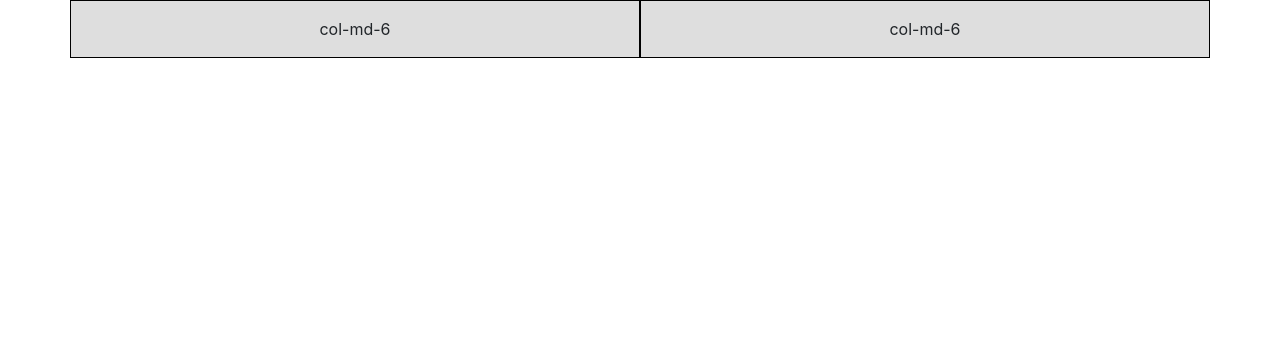
Repository: Masakazu6221/masakazu-dialog
Page: images_kitchen/bootstrap_lesson.html
The author's editor kept a record of every edit. The page is drawn from the files as they stood at one moment, then again after the next edit.
The browser window is 1280 px wide. The pictures show the whole page.
Some web libraries are served in a nearby version.

Above is the page before.

After the next edit:
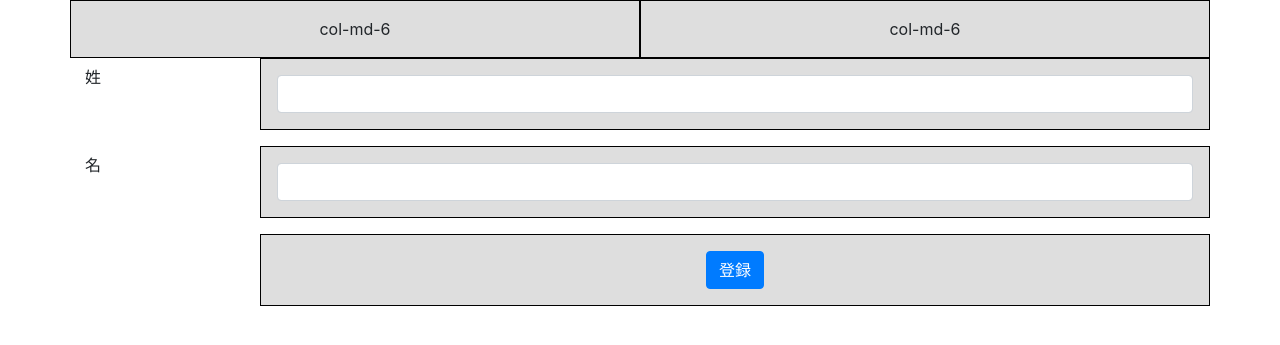
The edit:
--- a/images_kitchen/bootstrap_lesson.html
+++ b/images_kitchen/bootstrap_lesson.html
@@ -25,6 +25,30 @@
                 <div class="col-md-6">col-md-6</div>
                 <div class="col-md-6">col-md-6</div>
             </div>
+            <form>
+    <!-- 1行 -->
+                <div class="form-group row">
+                    <label class="col-2 col-form-label">姓</label>
+                    <div class="col-10">
+                        <input type="text" class="form-control" name="lastname">
+                    </div>
+                </div>
+
+                <!-- 1行 -->
+                <div class="form-group row">
+                    <label class="col-2 col-form-label">名</label>
+                    <div class="col-10">
+                        <input type="text" class="form-control" name="firstname">
+                    </div>
+                </div>
+
+                <!-- 1行 -->
+                <div class="form-group row">
+                    <div class="offset-2 col-10">
+                        <button type="submit" class="btn btn-primary">登録</button>
+                    </div>
+                </div>
+            </form>
         </div>
 
         <!-- Optional JavaScript -->
